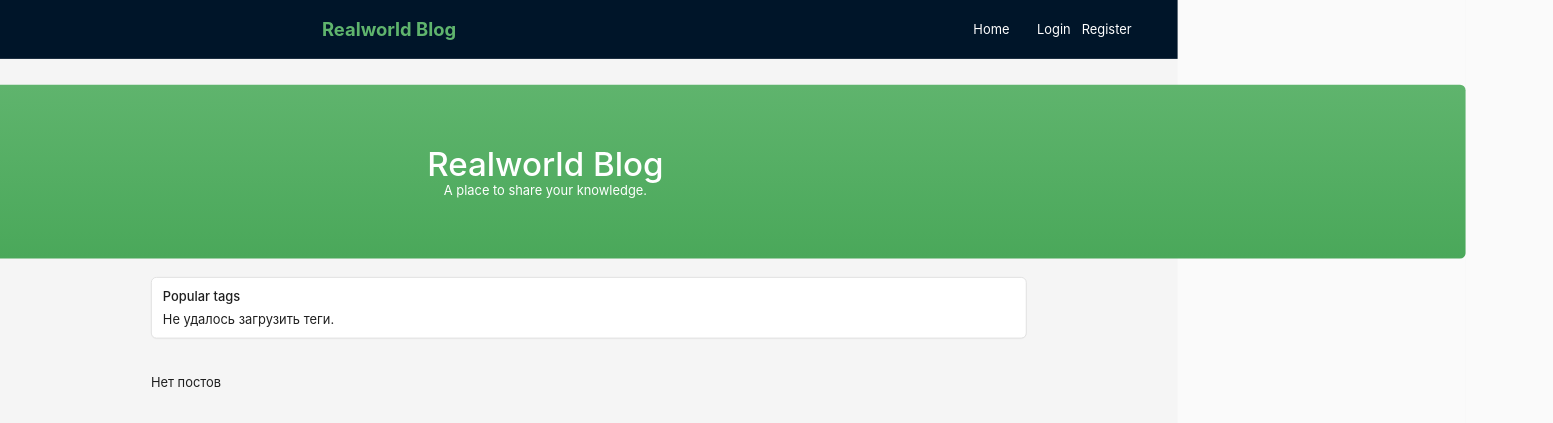
Repository: Rafged/S1mple-blog
Page: / (app in S1mple-blog-main/)
An editor plug-in stored every save of this project. The page is shown before and after the next save, followed by the edit.
The browser window is 1280 px wide. The page is 1593 px wide, then 1688 px, so the pictures cover 1688 px, including what lies to the right of the window. The pictures show the whole page, at 92% of full size.
The page's requests for data from a server got no answer. The project was rebuilt for these pictures with package versions that can differ from the ones it lists, and the page was loaded fresh each time. No one was signed in, and anything a server would have sent is missing. Also part of the build but not shown: S1mple-blog-main/vite.config.js, S1mple-blog-main/src/pages/Login.jsx, S1mple-blog-main/src/pages/Register.jsx, S1mple-blog-main/src/pages/NewPost.jsx, S1mple-blog-main/src/pages/Settings.jsx, S1mple-blog-main/src/pages/Article.jsx, S1mple-blog-main/src/pages/Profile.css, S1mple-blog-main/src/pages/Profile.jsx.

Above is the page before, as saved 2025-10-06 14:51:00.

### S1mple-blog-main/index.html
<!doctype html>
<html lang="ru">
  <head>
    <meta charset="utf-8" />
    <meta name="viewport" content="width=device-width, initial-scale=1.0" />
    <title>Realworld Vite React</title>
  </head>
  <body>
    <div id="root"></div>
    <script type="module" src="/src/main.jsx"></script>
  </body>
</html>

### S1mple-blog-main/src/main.jsx
import React from 'react'
import { createRoot } from 'react-dom/client'
import { BrowserRouter } from 'react-router-dom'
import App from './App'
import 'antd/dist/reset.css'
import './styles.css'

createRoot(document.getElementById('root')).render(
  <React.StrictMode>
    <BrowserRouter>
      <App/>
    </BrowserRouter>
  </React.StrictMode>
)

### S1mple-blog-main/src/App.jsx
import React, { useEffect, useState } from 'react'
import { Routes, Route, Link, useNavigate } from 'react-router-dom'
import { Layout, Button } from 'antd'
import Home from './pages/Home'
import Login from './pages/Login'
import Register from './pages/Register'
import NewPost from './pages/NewPost'
import Settings from './pages/Settings'
import Article from './pages/Article'
import Profile from './pages/Profile'

const { Header, Content } = Layout

function getUsername(){ return localStorage.getItem('username') || null }

export default function App(){
  const [auth, setAuth] = useState(!!localStorage.getItem('token'))
  const navigate = useNavigate()

  useEffect(()=> {
    function onStorage(){ setAuth(!!localStorage.getItem('token')) }
    window.addEventListener('storage', onStorage)
    return ()=> window.removeEventListener('storage', onStorage)
  },[])

  function doLogout(){
    try{
      localStorage.removeItem('token'); localStorage.removeItem('username'); localStorage.removeItem('user');
    }catch(e){}
    setAuth(false);
    navigate('/');
    window.location.reload();
  }

  return (
    <Layout style={{minHeight:'100vh'}}>
      <Header style={{display:'flex', alignItems:'center', justifyContent:'space-between'}}>
        <div style={{color:'#5fb46d', fontWeight:700, fontSize: '20px', marginLeft: 300}}>Realworld Blog</div>
        <div>
          <Link to="/" style={{marginRight:30, color:'#fff'}}>Home</Link>
          {auth && <Link to="/new" style={{marginRight:25, color:'#fff'}}>New post</Link>}
          {auth && <Link to="/settings" style={{marginRight:20, color:'#fff'}}>Settings</Link>}
          {auth ? (
            <>
              <Link to={ getUsername() ? ('/profile/' + getUsername()) : '/profile' } style={{marginRight:25, color:'#fff'}}>
                Hi, {getUsername() || 'Unknown'}
              </Link>
              <Button onClick={doLogout}>Log out</Button>
            </>
          ) : (
            <>
              <Link to="/login" style={{marginRight:12, color:'#fff'}}>Login</Link>
              <Link to="/register" style={{color:'#fff'}}>Register</Link>
            </>
          )}
        </div>
      </Header>
      <Content style={{padding:24}}>
        <div style={{maxWidth:960, margin:'0 auto'}}>
          <Routes>
            <Route path="/" element={<Home/>}/>
            <Route path="/login" element={<Login onAuth={() => setAuth(true)}/>}/>
            <Route path="/register" element={<Register onAuth={() => setAuth(true)}/>}/>
            <Route path="/new" element={<NewPost/>}/>
            <Route path="/settings" element={<Settings/>}/>
            <Route path="/article/:slug" element={<Article/>}/>
            <Route path="/profile" element={<Profile/>}/>
            <Route path="/profile/:username" element={<Profile/>}/>
          </Routes>
        </div>
      </Content>
    </Layout>
  )
}

### S1mple-blog-main/src/styles.css
:root{ --green: #55b36b }
body{ font-family: Inter, "Open Sans", Arial, sans-serif; margin:0; background:#fafafa; color:#222 }
.container{ max-width:1600px; margin:0 auto; padding:4px }
.brand{ color:var(--green); font-weight:700; font-size:20px; margin-right:12px }
.banner{ background:linear-gradient(180deg,#5fb46d,#4aa85a); color:#fff; padding:66px; border-radius:6px; margin-bottom:20px; width: 2000px; margin-left: -60%;}
.meta{ color:#777; margin-top:6px }


/* Cards and Popular Tags box */
.popular-box{
  border:1px solid #e0e0e0;
  border-radius:6px;
  padding:12px;
  background:#fff;
  box-shadow: 0 1px 0 rgba(0,0,0,0.02);
  margin-bottom:20px;
}
.tag-btn{
  padding:6px 10px;
  border-radius:16px;
  border:1px solid #ddd;
  background:#fff;
  cursor:pointer;
  font-size:13px;
}
.article-card{
  border:1px solid #e0e0e0;
  border-radius:6px;
  padding:16px;
  background:#fff;
  margin-bottom:18px;
  margin-left: 1px;
  width: 950px;
  box-shadow: 0 1px 0 rgba(0,0,0,0.02);
}
.article-meta{ color:#7a7a7a; margin-bottom:6px; font-size:14px }
.favorite-badge{
  border:1px solid #5cb85c;
  padding:6px 10px;
  border-radius:8px;
  background:#fff;
  cursor:pointer;
  font-weight:600;
  display:inline-flex;
  align-items:center;
  gap:8px;
}

### S1mple-blog-main/src/pages/Home.jsx
import React, { useEffect, useState } from 'react'
import { getArticles, favoriteArticle, unfavoriteArticle } from '../api'
import { Link } from 'react-router-dom'
import PopularTags from '../components/PopularTags'
import Pagination from '../components/Pagination'

export default function Home(){
  const [articles, setArticles] = useState([])
  const [currentPage, setCurrentPage] = useState(1)
  const [totalPages, setTotalPages] = useState(1)
  const limit = 3

  useEffect(()=> {
    load(currentPage)
  },[currentPage])

  async function load(page = 1){
    try{
      const offset = (page-1)*limit
      const res = await getArticles(`?limit=${limit}&offset=${offset}`)
      setArticles(res.articles || [])
      const count = res.articlesCount || (res.articles ? res.articles.length : 0)
      setTotalPages(Math.max(1, Math.ceil(count / limit)))
    }catch(e){
      console.error(e)
    }
  }

  async function toggleFav(a){
    if(!localStorage.getItem('token')){ alert('Войдите чтобы оценивать'); return; }
    try{
      if(a.favorited) await unfavoriteArticle(a.slug)
      else await favoriteArticle(a.slug)
      await load(currentPage)
    }catch(e){ console.error(e); alert('Ошибка') }
  }

  return (
    <div className="container">
      <div className="banner" style={{textAlign:'center'}}>
        <h1 style={{margin:0, fontSize:36}}>Realworld Blog</h1>
        <p style={{margin:0}}>A place to share your knowledge.</p>
      </div>

      {/* Popular tags at center top */}
      <div style={{display:'flex', justifyContent:'center', marginBottom:20}}>
        <div style={{maxWidth:1200, width:'100%'}}>
          <PopularTags />
        </div>
      </div>

      <div>
        {articles.length === 0 ? <div>Нет постов</div> : articles.map(a => (
          <div key={a.slug} className="article-card">
            <div style={{display:'flex', justifyContent:'space-between', alignItems:'flex-start'}}>
              <div>
                <div className="article-meta"><Link to={`/profile`}>{a.author?.username}</Link> · {new Date(a.createdAt).toLocaleDateString()}</div>
                <Link to={`/article/${a.slug}`} style={{textDecoration:'none'}}>
                  <h2 style={{margin:'8px 0', color:'#222'}}>{a.title}</h2>
                </Link>
                <p style={{color:'#555'}}>{a.description || (a.body && a.body.slice(0,200)+'...')}</p>
                <div style={{marginTop:8}}>
                  {a.tagList && a.tagList.map(t => <span key={t} className="tag-btn">{t}</span>)}
                </div>
              </div>
              <div>
                <button className="favorite-badge" onClick={()=>toggleFav(a)} title="Favorite">
                  ❤️ <span style={{marginLeft:6}}>{a.favoritesCount||0}</span>
                </button>
              </div>
            </div>
          </div>
        ))}
        <Pagination currentPage={currentPage} totalPages={totalPages} onPageChange={(p)=>setCurrentPage(p)} />
      </div>
    </div>
  )
}

### S1mple-blog-main/src/api.js
const API = '/api'

function getToken(){
  return localStorage.getItem('token')
}

function authHeaders(){
  const t = getToken()
  return t ? { 'Authorization': 'Token ' + t } : {}
}

async function request(path, opts = {}){
  const headers = { 'Content-Type': 'application/json', ...(opts.headers||{}), ...authHeaders() }
  const res = await fetch(API + path, {...opts, headers})
  const text = await res.text()
  let body = null
  try { body = text ? JSON.parse(text) : {} } catch(e){ body = {raw: text} }
  if(!res.ok) throw { status: res.status, body }
  return body
}

export async function getArticles(query=''){
  return request('/articles' + (query||''))
}

export async function getArticle(slug){
  return request('/articles/' + slug)
}

export async function favoriteArticle(slug){
  return request('/articles/' + slug + '/favorite', { method: 'POST' })
}
export async function unfavoriteArticle(slug){
  return request('/articles/' + slug + '/favorite', { method: 'DELETE' })
}

export async function getTags(){ return request('/tags') }

export async function login(email, password){ return request('/users/login', { method:'POST', body: JSON.stringify({user:{email, password}}) }) }
export async function register(username,email,password){ return request('/users', { method:'POST', body: JSON.stringify({user:{username,email,password}}) }) }
export async function getCurrentUser(){ return request('/user') }
export async function updateUser(payload){ return request('/user', { method:'PUT', body: JSON.stringify({user: payload}) }) }

export async function createArticle(article){ return request('/articles', { method:'POST', body: JSON.stringify({article}) }) }
export async function getArticlesByAuthor(author){ return request('/articles?author=' + encodeURIComponent(author)) }

### S1mple-blog-main/src/components/PopularTags.jsx
import React, { useEffect, useState } from "react";
import { getTags } from "../api";

const PopularTags = () => {
  const [tags, setTags] = useState([]);
  const [error, setError] = useState(null);

  useEffect(() => {
    const fetchTags = async () => {
      try {
        const res = await getTags();
        if (res && res.tags) setTags(res.tags);
      } catch (e) {
        setError(true);
        console.warn("Failed to load tags", e);
      }
    };
    fetchTags();
  }, []);

  return (
    <div className="popular-box">
      <h4 style={{ margin: "0 0 8px 0" }}>Popular tags</h4>
      {error ? (
        <div>Не удалось загрузить теги.</div>
      ) : (
        <div style={{ display: "flex", gap: 8, flexWrap: "wrap" }}>
          {tags.length === 0 ? <span>Нет тегов</span> : tags.map((t) => (
            <button key={t} className="tag-btn">{t}</button>
          ))}
        </div>
      )}
    </div>
  );
};

export default PopularTags;

### S1mple-blog-main/src/components/Pagination.jsx
import React from "react";

const Pagination = ({ articlesCount, limit, currentPage, onPageChange }) => {
  const pages = Math.ceil(articlesCount / limit);

  return (
    <ul className="pagination">
      {Array.from({ length: pages }, (_, i) => (
        <li
          key={i}
          className={`page-item ${currentPage === i + 1 ? "active" : ""}`}
          onClick={() => onPageChange(i + 1)}
        >
          <span className="page-link">{i + 1}</span>
        </li>
      ))}
    </ul>
  );
};

export default Pagination;

After the next save:
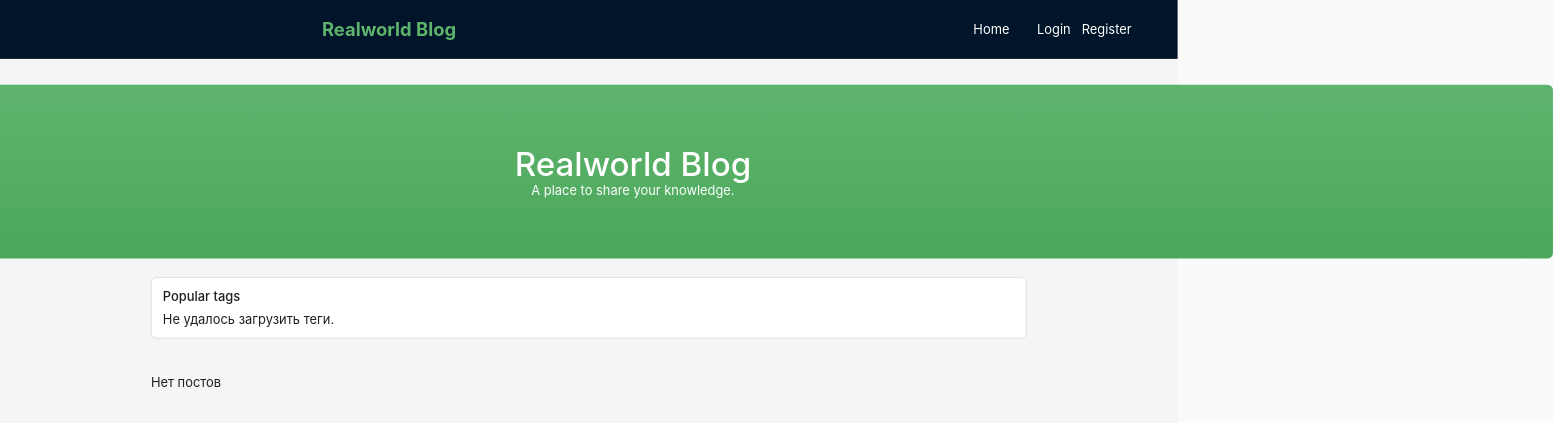
Saved 8 s later.
--- a/S1mple-blog-main/src/styles.css
+++ b/S1mple-blog-main/src/styles.css
@@ -2,7 +2,7 @@
 body{ font-family: Inter, "Open Sans", Arial, sans-serif; margin:0; background:#fafafa; color:#222 }
 .container{ max-width:1600px; margin:0 auto; padding:4px }
 .brand{ color:var(--green); font-weight:700; font-size:20px; margin-right:12px }
-.banner{ background:linear-gradient(180deg,#5fb46d,#4aa85a); color:#fff; padding:66px; border-radius:6px; margin-bottom:20px; width: 2000px; margin-left: -60%;}
+.banner{ background:linear-gradient(180deg,#5fb46d,#4aa85a); color:#fff; padding:66px; border-radius:6px; margin-bottom:20px; width: 2000px; margin-left: -50%;}
 .meta{ color:#777; margin-top:6px }
 
 
